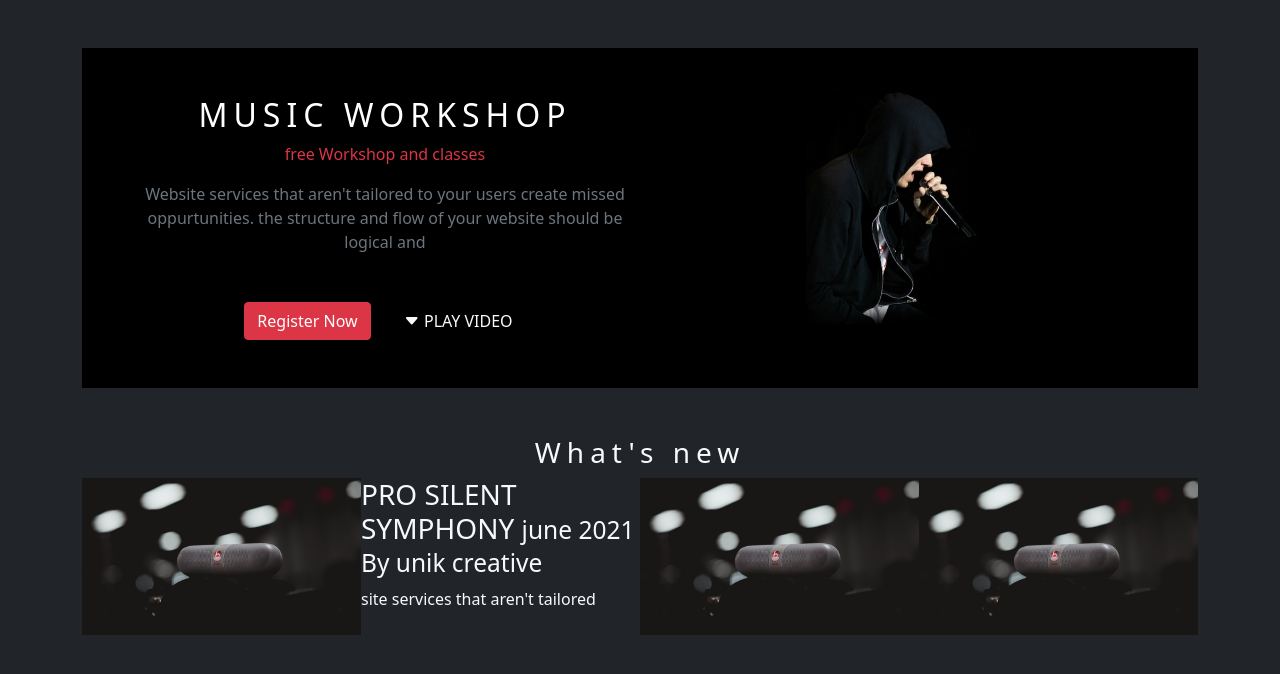
Repository: Eugene44-hub/music-workshop-site
Page: index.html
An editor plug-in stored every save of this project. The page is shown before and after a run of saves, followed by the edit.
The browser window is 1280 px wide. The pictures show the whole page.
Some web libraries are served in a nearby version.

Above is the page before, as saved 2021-10-22 16:54:07.

After the next 2 saves:
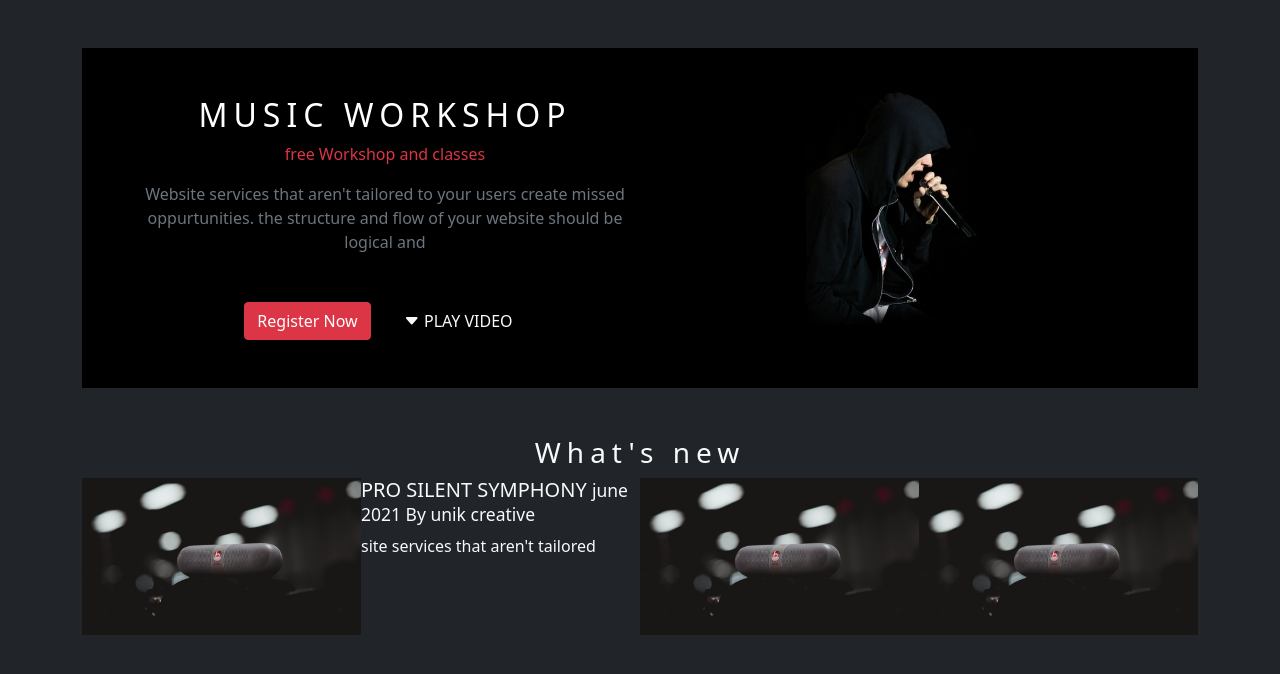
The 2 saves are shown as one change because they came seconds apart.
The last was saved 50 s later.
--- a/index.html
+++ b/index.html
@@ -43,11 +43,11 @@
                     <img src="images/speaker.jpg" class="img-fluid" alt="">
                 </div>
                 <div class="col-md">
-                    <h3>
+                    <h5>
                         PRO SILENT SYMPHONY
                         <small>june 2021 By unik creative</small>
-                    </h3>
-                    <p>site services that aren't tailored</p>
+                        </h3>
+                        <p>site services that aren't tailored</p>
                 </div>
                 <div class="col-md">
                     <img src="images/speaker.jpg" class="img-fluid" alt="">
